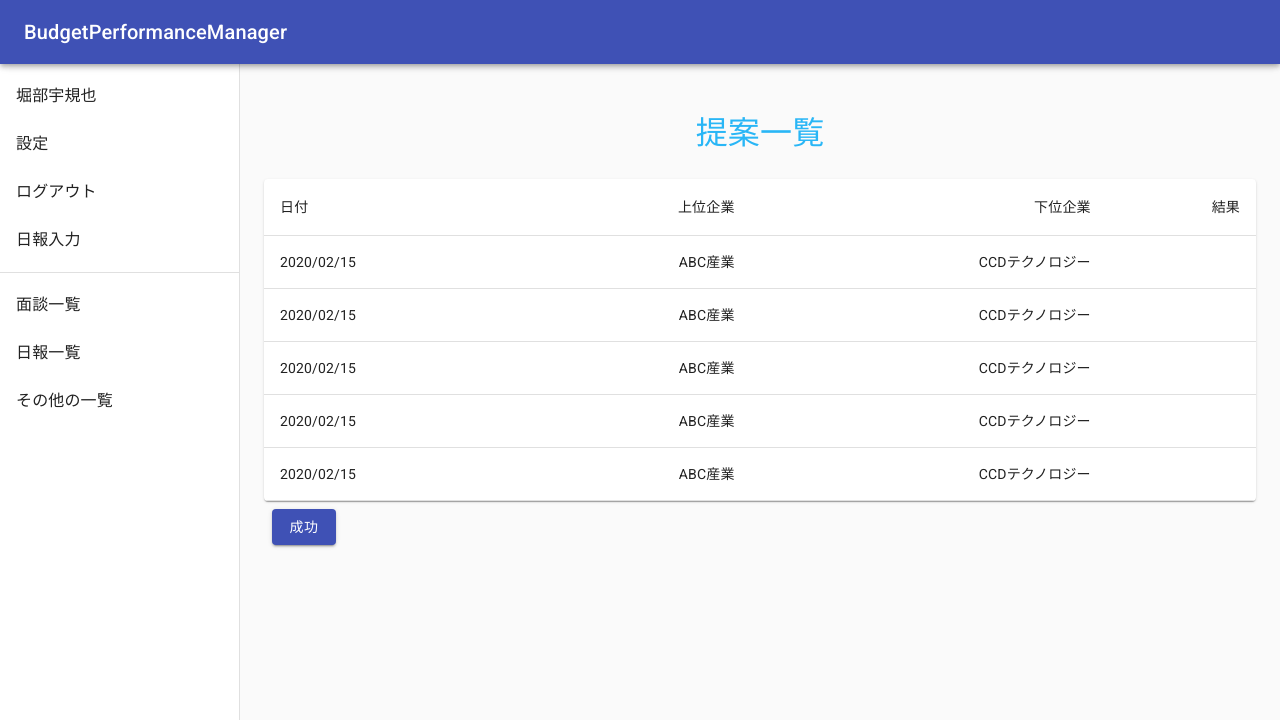
Repository: ukiyah/test
Page: / (app in src/)
An editor plug-in stored every save of this project. The page is shown before and after a run of saves, followed by the edit.
The browser window is 1280 px wide. The pictures show the whole page.
The project was rebuilt for these pictures with package versions that can differ from the ones it lists, and the page was loaded fresh each time. Also part of the build but not shown: src/material-dashboard-react.js, src/Navbars/ref_AdminNavbarLinks/customInputStyle.js, src/Navbars/ref_AdminNavbarLinks/CustomInput.js, src/Navbars/ref_AdminNavbarLinks/buttonStyle.js, src/Navbars/ref_AdminNavbarLinks/Button.js, src/Navbars/ref_AdminNavbarLinks/dropdownStyle.js, src/Navbars/ref_AdminNavbarLinks/headerLinksStyle.js, src/Navbars/AdminNavbarLinks.js and 4 more.

Above is the page before, as saved 2020-02-20 19:10:02.

After the next 4 saves:
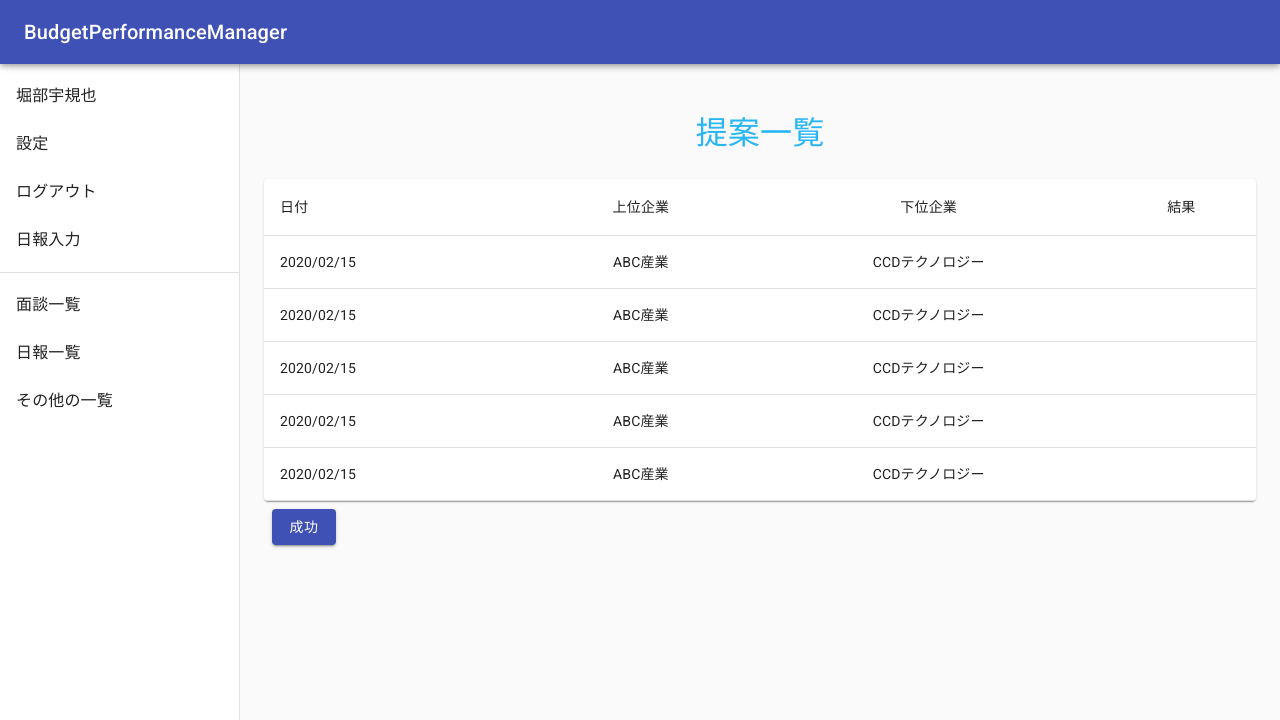
The 4 saves are shown as one change because 3 did not build or start.
The last was saved 82 s later.
--- a/src/Table.js
+++ b/src/Table.js
@@ -35,9 +35,9 @@ export default function SimpleTable() {
         <TableHead>
           <TableRow>
             <TableCell>日付</TableCell>
-            <TableCell align="right">上位企業</TableCell>
-            <TableCell align="right">下位企業</TableCell>
-            <TableCell align="right">結果</TableCell>
+            <TableCell align="center">上位企業</TableCell>
+            <TableCell align="center">下位企業</TableCell>
+            <TableCell align="center">結果</TableCell>
           </TableRow>
         </TableHead>
         <TableBody>
@@ -46,9 +46,9 @@ export default function SimpleTable() {
               <TableCell component="th" scope="row">
                 {row.name}
               </TableCell>
-              <TableCell align="right">{row.calories}</TableCell>
-              <TableCell align="right">{row.fat}</TableCell>
-              <TableCell align="right">{row.carbs}</TableCell>
+              <TableCell align="center">{row.calories}</TableCell>
+              <TableCell align="center">{row.fat}</TableCell>
+              <TableCell align="center">{row.carbs}</TableCell>
             </TableRow>
           ))}
         </TableBody>
